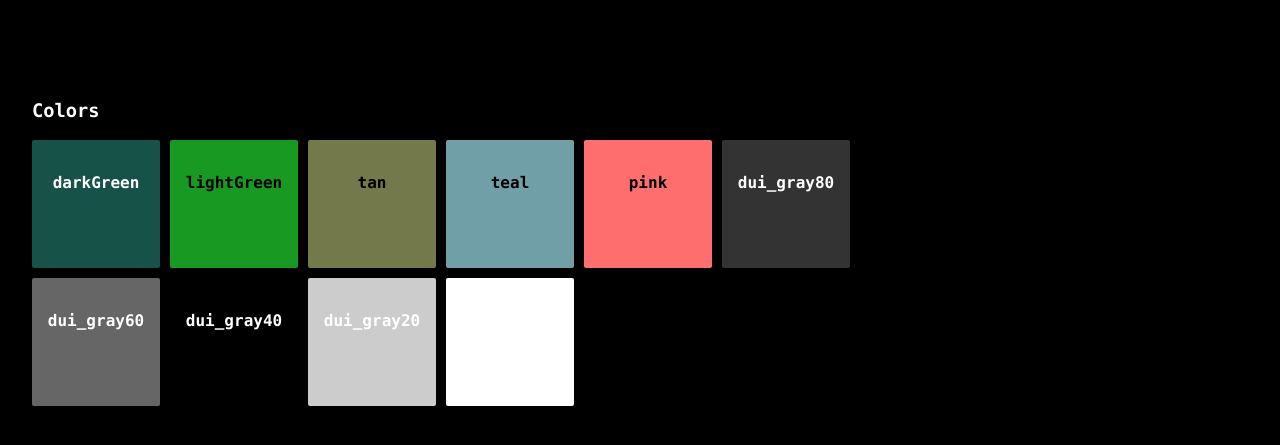
Repository: kttalley/designing-with-data_react-class
Page: / (app in lesson6_design-system-component-extension/)
These files come from the project's save history. The page is drawn as it stood at one moment and after the next save; the edit follows.
The browser window is 1280 px wide. The pictures show the whole page.
The project was rebuilt for these pictures with package versions that can differ from the ones it lists, and the page was loaded fresh each time. Imported but missing from the stored project, and not drawn on this page: lesson6_design-system-component-extension/src/Rhubarb/Input.

Above is the page before, as saved 2023-08-30 14:36:16.

After the next save:
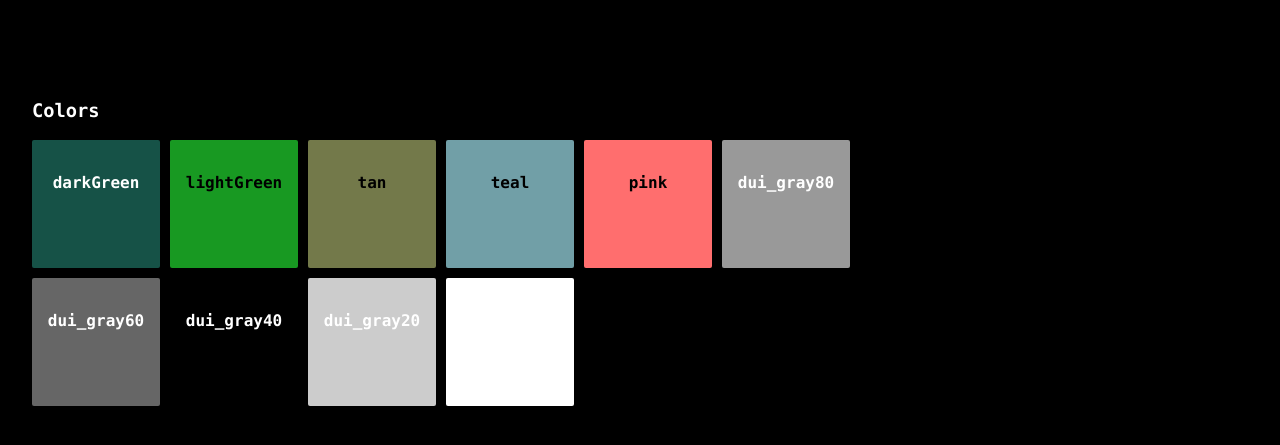
Saved 36 s later.
--- a/lesson6_design-system-component-extension/src/Rhubarb/Utils.js
+++ b/lesson6_design-system-component-extension/src/Rhubarb/Utils.js
@@ -9,9 +9,9 @@ export const color = {
 
   //grayscale - needs lui
   black: '#000000',
-  dui_gray80: '#FFFFFF33',
+  dui_gray80: '#FFFFFF99',
   dui_gray60: '#FFFFFF66',
-  dui_gray40: '##FFFFFF99',
+  dui_gray40: '##FFFFFF33',
   dui_gray20: '#FFFFFFCC',
   white: '#FFFFFF',
   // solid grays, no opacity,
